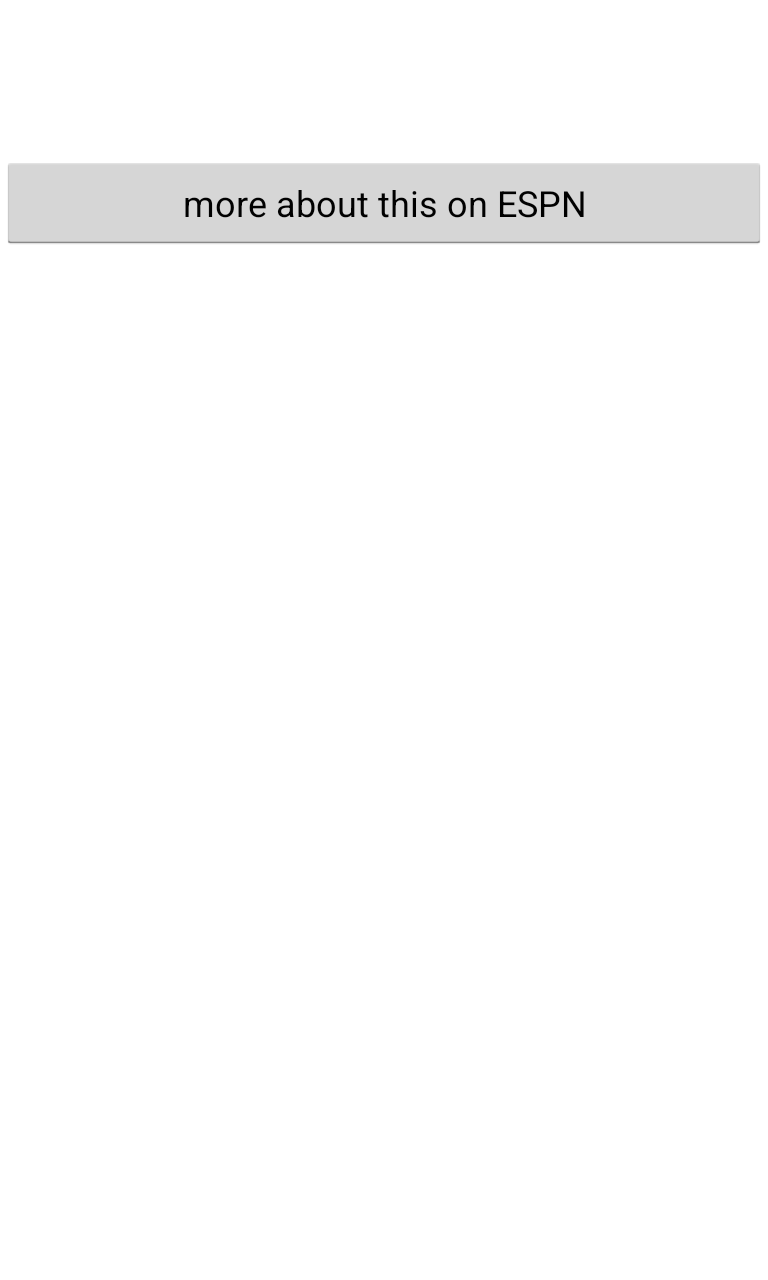
Repository: jbentley313/java2_Bentley2
Layout: sportsHeadlines/res/layout/activity_headline.xml
The author's editor kept a copy of each file at every save. The layout is drawn from the files as they stood at one save, then again after the next save.
It is drawn on a 768 x 1280 px phone screen (xhdpi) without system bars, with theme AppTheme; the app's code is not run.

Above is the layout before, as saved 2014-01-17 01:13:21.

### sportsHeadlines/res/layout/activity_headline.xml
<LinearLayout xmlns:android="http://schemas.android.com/apk/res/android"
    xmlns:tools="http://schemas.android.com/tools"
    android:layout_width="fill_parent"
    android:layout_height="wrap_content"
    android:orientation="vertical" >




    <TextView
        android:id="@+id/HeadlineTitleTextView"
        style="@style/TitleStyle"
        android:layout_width="match_parent"
        android:layout_height="wrap_content"
         />

<TextView
        android:id="@+id/HeadlineHeadTextView"
        style="@style/HLTitleStyle"
        android:layout_width="match_parent"
        android:layout_height="wrap_content"
         />

<Button
        android:id="@+id/moreButton"
        android:layout_width="fill_parent"
        android:layout_height="wrap_content"
        android:text="@string/more_about_this_on_espn" />
</LinearLayout>

### sportsHeadlines/res/values/styles.xml
<resources xmlns:android="http://schemas.android.com/apk/res/android">

    <!--
        Base application theme, dependent on API level. This theme is replaced
        by AppBaseTheme from res/values-vXX/styles.xml on newer devices.
    -->
    <style name="AppBaseTheme" parent="android:Theme.Light">
        <!--
            Theme customizations available in newer API levels can go in
            res/values-vXX/styles.xml, while customizations related to
            backward-compatibility can go here.
        -->
    </style>

    <!-- Application theme. -->
    <style name="AppTheme" parent="AppBaseTheme">
        <!-- All customizations that are NOT specific to a particular API-level can go here. -->
    </style>

    <style name="TitleStyle">
        <item name="android:textStyle">bold</item>
        <item name="android:textColor">@android:color/black</item>
        <item name="android:textSize">30sp</item>
        <item name="android:paddingTop">5dp</item>
    </style>

    <style name="HLTitleStyle">
        <item name="android:textStyle">bold</item>
        <item name="android:textColor">@android:color/black</item>
        <item name="android:textSize">20sp</item>
        <item name="android:paddingTop">5dp</item>
    </style>

    <style name="bgStyle">
        <item name="android:background">@android:color/holo_blue_light</item>

    </style>

</resources>

### sportsHeadlines/res/values/strings.xml
<?xml version="1.0" encoding="utf-8"?>
<resources>

    <string name="app_name">sportsHeadlines</string>
    <string name="action_settings">Settings</string>
    <string name="hello_world">Hello world!</string>
    <string name="sports_headlines">Sports Headlines</string>
    <string name="headline">Headline</string>
    <string name="last_modified">Last Modified</string>
    <string name="refresh">Refresh (Show All)</string>
    <string name="title_activity_headline_display">HeadlineDisplay</string>
    <string name="title_activity_display_headlines">DisplayHeadlines</string>
    <string name="title_activity_headline">HeadlineActivity</string>
    <string name="more_about_this_on_espn">more about this on ESPN</string>
    <string name="search">Search</string>

</resources>

Loaded but not shown: sportsHeadlines/res/values-v11/styles.xml (common file); sportsHeadlines/res/values-v14/styles.xml (common file)

After the next save:
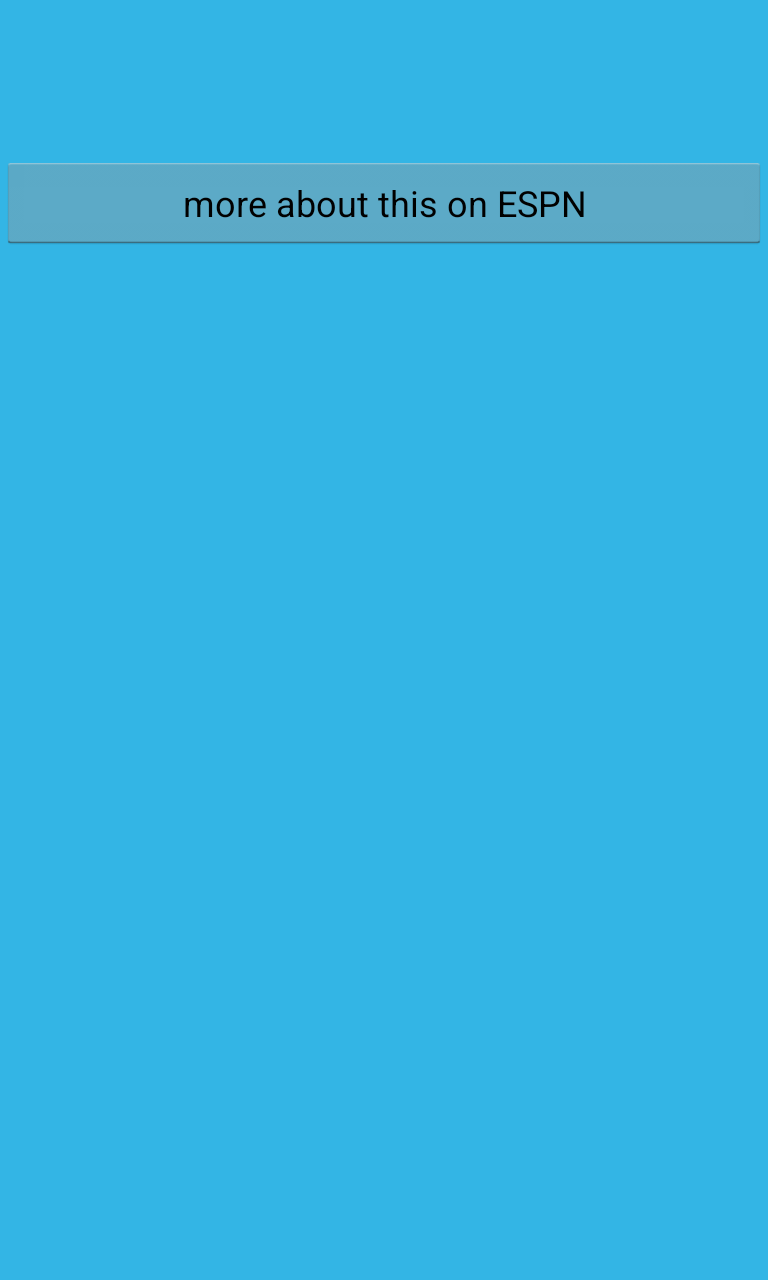
Saved 2 min 25 s later.
--- a/sportsHeadlines/res/layout/activity_headline.xml
+++ b/sportsHeadlines/res/layout/activity_headline.xml
@@ -2,7 +2,8 @@
     xmlns:tools="http://schemas.android.com/tools"
     android:layout_width="fill_parent"
     android:layout_height="wrap_content"
-    android:orientation="vertical" >
+    android:orientation="vertical"
+    style="@style/bgStyle" >
 
 
 
